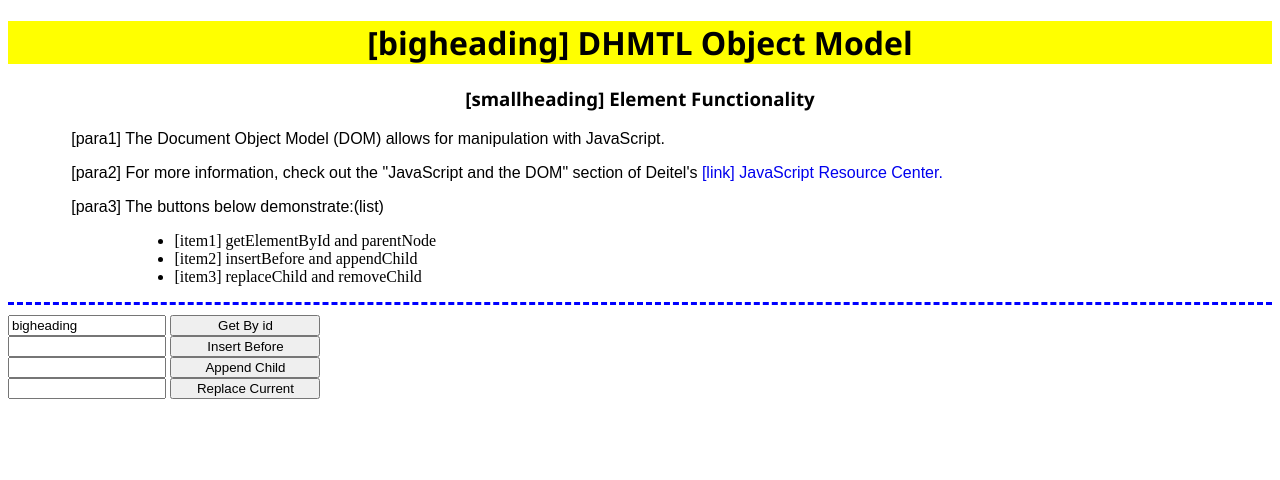
Repository: mlmEFSC21/P21-DOM-html
Page: dom.html
The author's editor kept a copy of each file at every save. The page is drawn from the files as they stood at one save, then again after the next save.
The browser window is 1280 px wide. The pictures show the whole page.

Above is the page before, as saved 2022-04-13 14:57:24.

### dom.html
<!DOCTYPE html>
<!-- Fig. 12.4: dom.html -->
<!-- Basic DOM functionality -->
<html lang="en">
    <head>
        <meta charset="UTF-8" />
        <meta http-equiv="X-UA-Compatible" content="IE=edge" />
        <meta name="viewport" content="width=device-width, initial-scale=1.0" />
        <title>Basic DOM Functionality</title>
        <link rel="stylesheet" href="style.css" />
        <script src="dom.js"></script>
    </head>
    <body>
        <h1 id="bigheading" class="highlighted">[bigheading] DHMTL Object Model</h1>
        <h3 id="smallheading">[smallheading] Element Functionality</h3>
        <p id="para1">
            [para1] The Document Object Model (DOM) allows for manipulation with JavaScript.
        </p>
        <p id="para2">
            [para2] For more information, check out the "JavaScript and the DOM" section of Deitel's
            <a href="https://deitel.com/javascript" id="link">[link] JavaScript Resource Center.</a>
        </p>
        <p id="para3">[para3] The buttons below demonstrate:(list)</p>
        <ul id="list">
            <li id="item1">[item1] getElementById and parentNode</li>
            <li id="item2">[item2] insertBefore and appendChild</li>
            <li id="item3">[item3] replaceChild and removeChild</li>
        </ul>
        <div id="nav" class="nav">
            <form onsubmit="return false" action="#">
                <p>
                    <input type="text" value="bigheading" id="gbi" />
                    <input type="button" value="Get By id" id="byIdButton" />
                </p>
                <p>
                    <input type="text" id="ins" />
                    <input type="button" value="Insert Before" id="insertButton" />
                </p>
                <p>
                    <input type="text" id="append" />
                    <input type="button" value="Append Child" id="appendButton" />
                </p>
                <p>
                    <input type="text" id="replace" />
                    <input type="button" value="Replace Current" id="replaceButton" />
                </p>
            </form>
        </div>
    </body>
</html>

### style.css
/* Fig. 12.3: style.css */
/* CSS for dom.html */

h1,
h3 {
    text-align: center;
    font-family: "Segoe UI", Tahoma, Geneva, Verdana, sans-serif;
}
p {
    margin-left: 5%;
    margin-right: 5%;
    font-family: arial, helvetica, sans-serif;
}
ul {
    margin-left: 10%;
}
a {
    text-decoration: none;
}
a:hover {
    text-decoration: underline;
}
.nav {
    width: 100%;
    border-top: 3px dashed blue;
    padding-top: 10px;
}
.highlighted {
    background-color: yellow;
}
input {
    width: 150px;
}
form > p {
    margin: 0px;
}

Loaded but not shown: dom.js (no copy from this time; the picture is the same without it)

After the next save:
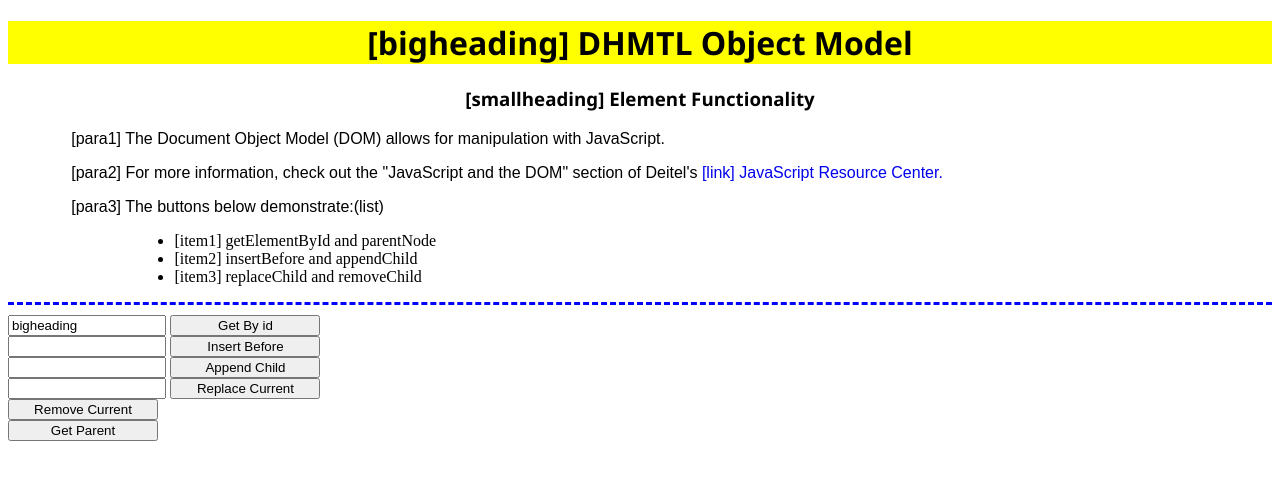
Saved 95 s later.
--- a/dom.html
+++ b/dom.html
@@ -44,6 +44,8 @@
                     <input type="text" id="replace" />
                     <input type="button" value="Replace Current" id="replaceButton" />
                 </p>
+                <p><input type="button" value="Remove Current" id="removeButton" /></p>
+                <p><input type="button" value="Get Parent" id="parentButton" /></p>
             </form>
         </div>
     </body>
